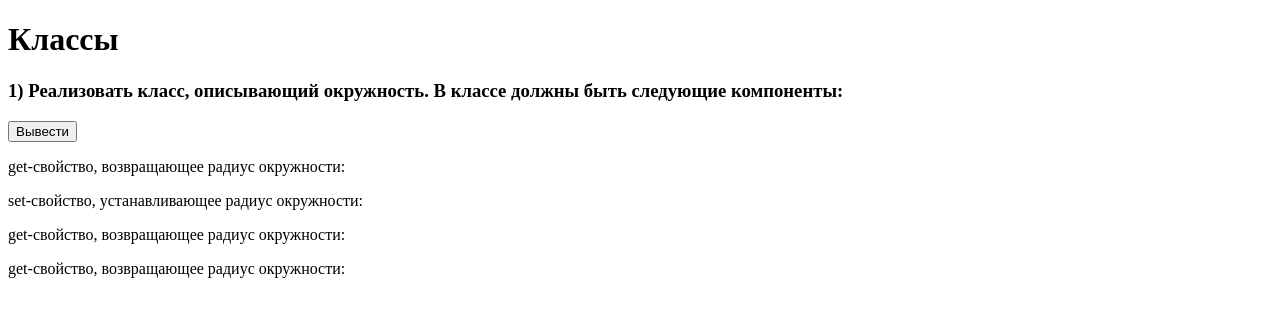
Repository: NastyaGavrilova/Beetroot-js
Page: HW6/index.html
An editor plug-in stored every save of this project. The page is shown before and after the next save, followed by the edit.
The browser window is 1280 px wide. The pictures show the whole page.

Above is the page before, as saved 2021-10-24 17:05:52.

### HW6/index.html
<!DOCTYPE html>
<html lang="en">
  <head>
    <meta charset="UTF-8" />
    <meta http-equiv="X-UA-Compatible" content="IE=edge" />
    <meta name="viewport" content="width=device-width, initial-scale=1.0" />
    <title>Classes</title>
  </head>
  <body>
    <h1>Классы</h1>
    <section class="c-task1">
      <div class="c-task1__wrapper">
        <div class="c-task1__title">
          <h3 class="e-title">
            1) Реализовать класс, описывающий окружность. В классе должны быть
            следующие компоненты:
          </h3>
        </div>
        <button id="js-task1-btn1">Вывести</button>
        <div class="-task1__paragraph">
          <p class="e-paragraph">
            get-свойство, возвращающее радиус окружности:
            <span id="js-task1-span1"></span>
          </p>
        </div>
        <div class="-task1__paragraph">
          <p class="e-paragraph">
            set-свойство, устанавливающее радиус окружности:
            <span id="js-task1-span2"></span>
          </p>
        </div>
        <div class="-task1__paragraph">
          <p class="e-paragraph">
            get-свойство, возвращающее радиус окружности:
            <span id="js-task1-span1"></span>
          </p>
        </div>
        <div class="-task1__paragraph">
          <p class="e-paragraph">
            get-свойство, возвращающее радиус окружности:
            <span id="js-task1-span1"></span>
          </p>
        </div>

        <!-- <div class="-task1__paragraph">
          <p class="e-paragraph">
            set-свойство, устанавливающее радиус окружности
          </p>
        </div>
        <form action="#" class="c-task1__form" method="get">
          <div class="c-form__wrapper">
            <input
              type="number"
              id="js-task1-input1"
              placeholder="радиус окружности"
            />
            <button id="js-task1-btn2">Установить радиус.</button>
          </div>
        </form>
        <div class="-task1__paragraph">
          <p class="e-paragraph">
            Результат: <span id="js-task1-span2"></span>
          </p> -->
        <!-- </div> -->
      </div>
    </section>

    <script src="./js/circle.js"></script>
  </body>
</html>

### HW6/js/circle.js
class Circle {
  constructor(radius) {
    this.radius = radius;
  }

  get showRadius() {
    return `Радиус = ${this.radius}`;
  }

  set showRadius(newValue) {
    [this.radius] = newValue;
  }

  get showDiametr() {
    return `Диаметр = ${this.radius * 2}`;
  }

  squareCircle(spanEl) {
    let square = Math.PI * Math.pow(this.radius, 2);
    return (spanEl.innerHTML = `Площадь круга = ${square}`);
  }
  lengthCircle(spanEl) {
    let lenCircle = 2 * Math.PI * this.radius;
    return (spanEl.innerHTML = `Длина окружности = ${lenCircle}`);
  }
}

let circle = new Circle(4);
let getRadius = document.getElementById("js-task1-btn1");
getRadius.addEventListener("click", (e) => {
  e.preventDefault();
  let result = document.getElementById("js-task1-span1");
  return (result.innerHTML = circle.showRadius);
});

After the next save:
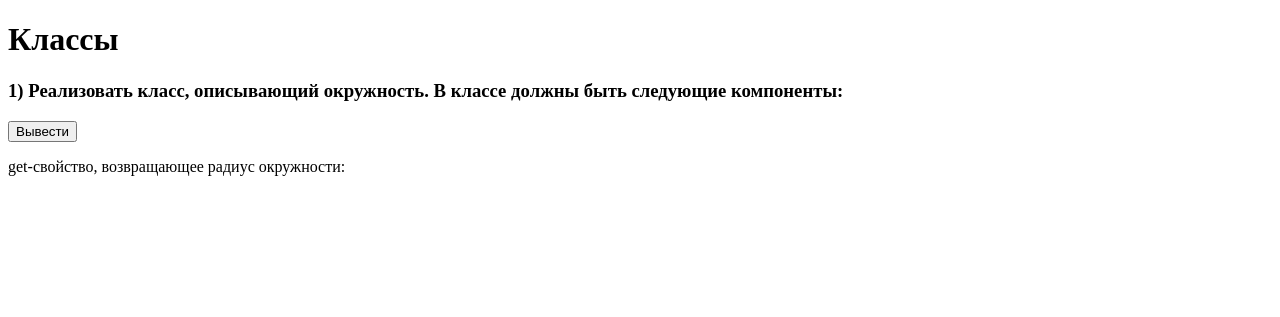
Saved 73 s later.
--- a/HW6/index.html
+++ b/HW6/index.html
@@ -17,24 +17,6 @@
           </h3>
         </div>
         <button id="js-task1-btn1">Вывести</button>
-        <div class="-task1__paragraph">
-          <p class="e-paragraph">
-            get-свойство, возвращающее радиус окружности:
-            <span id="js-task1-span1"></span>
-          </p>
-        </div>
-        <div class="-task1__paragraph">
-          <p class="e-paragraph">
-            set-свойство, устанавливающее радиус окружности:
-            <span id="js-task1-span2"></span>
-          </p>
-        </div>
-        <div class="-task1__paragraph">
-          <p class="e-paragraph">
-            get-свойство, возвращающее радиус окружности:
-            <span id="js-task1-span1"></span>
-          </p>
-        </div>
         <div class="-task1__paragraph">
           <p class="e-paragraph">
             get-свойство, возвращающее радиус окружности:
